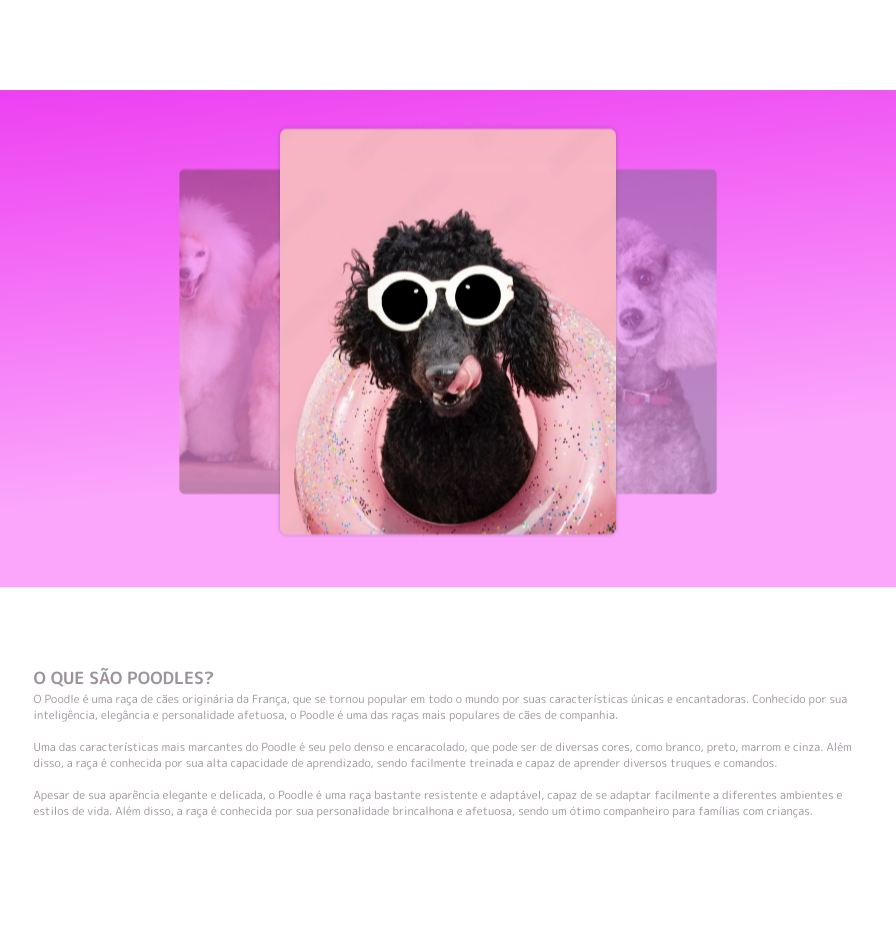
Repository: vinibalt/PoodleLand
Page: poddlelandia.html
The author's editor kept a copy of each file at every save. The page is drawn from the files as they stood at one save, then again after the next save.
The browser window is 1280 px wide. The pictures show the part of the page from y = 784 to 2704 px (the page is 2138 px tall before and 2704 px after), at 70% of full size.

Above is the page before, as saved 2023-05-12 21:54:24.

### poddlelandia.html
<!DOCTYPE html>
<html lang="en">

<head>
    <meta charset="UTF-8">
    <meta http-equiv="X-UA-Compatible" content="IE=edge">
    <meta name="viewport" content="width=device-width, initial-scale=1.0">
    <link rel="stylesheet" href="./assets/css/styles.css">
    <title> PoodleLand </title>
</head>

<body>
    <header class="header">
        <div class="content">
            <img src="./assets/img/logo-poodleland.png" alt="" height="60px">
        </div>
    </header>

    <section class="section-one row">
        <div class="img-one">
            <img src="./assets/img/poddle-lindo.jpeg" alt="" height="480px">
        </div>

        <div class="text-one">
            <h1>O QUE SÃO POODLES?</h1>
            <p>
                O Poodle é uma raça de cães originária da França, que se tornou popular em todo o mundo por suas
                características únicas e encantadoras. Conhecido por sua inteligência, elegância e personalidade
                afetuosa, o Poodle é uma das raças mais populares de cães de companhia. <br><br>
                Uma das características mais marcantes do Poodle é seu pelo denso e encaracolado, que pode ser de
                diversas cores, como branco, preto, marrom e cinza. Além disso, a raça é conhecida por sua alta
                capacidade de aprendizado, sendo facilmente treinada e capaz de aprender diversos truques e comandos.
                <br><br>
                Apesar de sua aparência elegante e delicada, o Poodle é uma raça bastante resistente e adaptável, capaz
                de se adaptar facilmente a diferentes ambientes e estilos de vida. Além disso, a raça é conhecida por
                sua personalidade brincalhona e afetuosa, sendo um ótimo companheiro para famílias com crianças.
                <br><br>

            </p>
        </div>
    </section>

    <section class="section-carousel">

        <div class="container">
            <input type="radio" name="slider" id="item-1" checked>
            <input type="radio" name="slider" id="item-2">
            <input type="radio" name="slider" id="item-3">
          <div class="cards">
            <label class="card" for="item-1" id="song-1">
              <img class="img-carousel" src="./assets/img/poodle-praiano.jpeg" alt="song">
            </label>
            <label class="card" for="item-2" id="song-2">
              <img class="img-carousel" src="./assets/img/poodle-cinza-transformed.jpeg" alt="song">
            </label>
            <label class="card" for="item-3" id="song-3">
              <img class="img-carousel" src="./assets/img/poodle-varias-cores-transformed.jpeg" alt="song">
            </label>
          </div>
        </div>

    </section>

    <section class="section-two">
        <div class="text-two">
            <h1>O QUE SÃO POODLES?</h1>
            <p>
                O Poodle é uma raça de cães originária da França, que se tornou popular em todo o mundo por suas
                características únicas e encantadoras. Conhecido por sua inteligência, elegância e personalidade
                afetuosa, o Poodle é uma das raças mais populares de cães de companhia. <br><br>
                Uma das características mais marcantes do Poodle é seu pelo denso e encaracolado, que pode ser de
                diversas cores, como branco, preto, marrom e cinza. Além disso, a raça é conhecida por sua alta
                capacidade de aprendizado, sendo facilmente treinada e capaz de aprender diversos truques e comandos.
                <br><br>
                Apesar de sua aparência elegante e delicada, o Poodle é uma raça bastante resistente e adaptável, capaz
                de se adaptar facilmente a diferentes ambientes e estilos de vida. Além disso, a raça é conhecida por
                sua personalidade brincalhona e afetuosa, sendo um ótimo companheiro para famílias com crianças.
                <br><br>

            </p>
        </div>
    </section>

    <footer>

    </footer>
</body>

</html>

### assets/css/styles.css
@import url('https://fonts.googleapis.com/css2?family=Heebo:wght@300;400;500;600;700;800;900&display=swap');
@import url('https://fonts.googleapis.com/css2?family=M+PLUS+Rounded+1c:wght@100;300;400;500;700;800;900&display=swap');
/* font-family: 'Heebo', sans-serif; */

* {
    padding: 0;
    margin: 0;

    font-family: 'M PLUS Rounded 1c', sans-serif;
}

body {
    scroll-behavior: smooth;
}

.header {
    height: 80px;
    position: sticky;
    top: 0;
    background-color: #ed40f1;
    box-shadow: 0px 3px 5px 0px rgba(255,171,252,1);

    justify-content: center;
    align-items: center;
    text-align: center;

    z-index: 2;
}

.content img {
    padding-top: 1rem;
    border-radius: .5rem;

    border-radius: 8px;
}

.section-one, .section-two {
    height: auto;
    padding-top: 4rem;

    padding: 4rem 1rem 8rem 1rem;
    color: #9c939c;
}

.img-one, .text-one, .img-two, .text-two{
    padding: 3rem 2rem 2rem;
}

.text-one {

}

.text-one > h1 {
 font-size: 32px;
 font-weight: 700;

 padding-bottom: .5rem;
}

.text-one > p {
    font-size: 16px;
    font-weight: 400;
}

.section-carousel {
    height: 650px;
    /* background-color: #fba5fb; */
    background: rgb(237,64,241);
    background: linear-gradient(174deg, rgba(237,64,241,1) 0%, rgba(251,165,251,1) 71%);
}








.row {
    display: flex;
    flex-direction: row;
}

.column {
    display: flex;
    flex-direction: column;
}







@import url("https://fonts.googleapis.com/css?family=DM+Sans:400,500,700&display=swap");



.section-carousel {
  display: flex;
  align-items: center;
  justify-content: center;
  padding: 30px 10px;
  font-family: 'DM Sans', sans-serif;
  transition: background .4s ease-in;
  background-color: #c394f8;

  &.blue {
    background-color: #428aa6;
  }
}

input[type=radio] {
  display: none;
}

.card {
  position: absolute;
  width: 60%;
  height: 100%;
  left: 0;
  right: 0;
  margin: auto;
  transition: transform .4s ease;
  cursor: pointer;
}

.container {
  width: 100%;
  max-width: 800px;
  max-height: 600px;
  height: 100%;
  transform-style: preserve-3d;
  display: flex;
  justify-content: center;
  flex-direction: column;
  align-items: center;
}

.cards {
  position: relative;
  width: 100%;
  height: 100%;
  margin-bottom: 20px;

  z-index: 1;
}

.img-carousel {
  width: 100%;
  height: 100%;
  border-radius: 10px;
  object-fit: cover;
}

#item-1:checked ~ .cards #song-3, #item-2:checked ~ .cards #song-1, #item-3:checked ~ .cards #song-2 {
  transform: translatex(-40%) scale(.8);
  opacity: .4;
  z-index: 0;
}

#item-1:checked ~ .cards #song-2, #item-2:checked ~ .cards #song-3, #item-3:checked ~ .cards #song-1 {
  transform: translatex(40%) scale(.8);
  opacity: .4;
  z-index: 0;
}

#item-1:checked ~ .cards #song-1, #item-2:checked ~ .cards #song-2, #item-3:checked ~ .cards #song-3 {
  transform: translatex(0) scale(1);
  opacity: 1;
  z-index: 1;

  img {
    box-shadow: 0px 0px 5px 0px rgba(81, 81, 81, 0.47);
  }
}

.player {
  background-color: #fff;
  border-radius: 8px;
  min-width: 320px;
  padding: 16px 10px;
}

.upper-part {
  position: relative;
  display: flex;
  align-items: center;
  margin-bottom: 12px;
  height: 36px;
  overflow: hidden;
}

.play-icon{ margin-right: 10px; }

.song-info {
  width: calc(100% - 32px);
  display: block;
}

.song-info .title {
  color: #403d40;
  font-size: 14px;
  line-height: 24px;
}

.sub-line {
  display: flex;
  justify-content: space-between;
  width: 100%;
}

.subtitle, .time {
  font-size: 12px;
  line-height: 16px;
  color: #c6c5c6;
}

.time {
  font-size: 12px;
  line-height: 16px;
  color: #a5a5a5;
  font-weight: 500;
  margin-left: auto;
}

.progress-bar {
  height: 3px;
  width: 100%;
  background-color: #e9efff;
  border-radius: 2px;
  overflow: hidden;
}

.progress {
  display: block;
  position: relative;
  width: 60%;
  height: 100%;
  background-color: #2992dc;
  border-radius: 6px;
}

.info-area {
  width: 100%;
  position: absolute;
  top: 0;
  left: 30px;
  transition: transform .4s ease-in;
}

#item-2:checked ~ .player #test {
  transform: translateY(0);
}

#item-2:checked ~ .player #test  {
  transform: translateY(-40px);
}

#item-3:checked ~ .player #test  {
  transform: translateY(-80px);
}

After the next save:
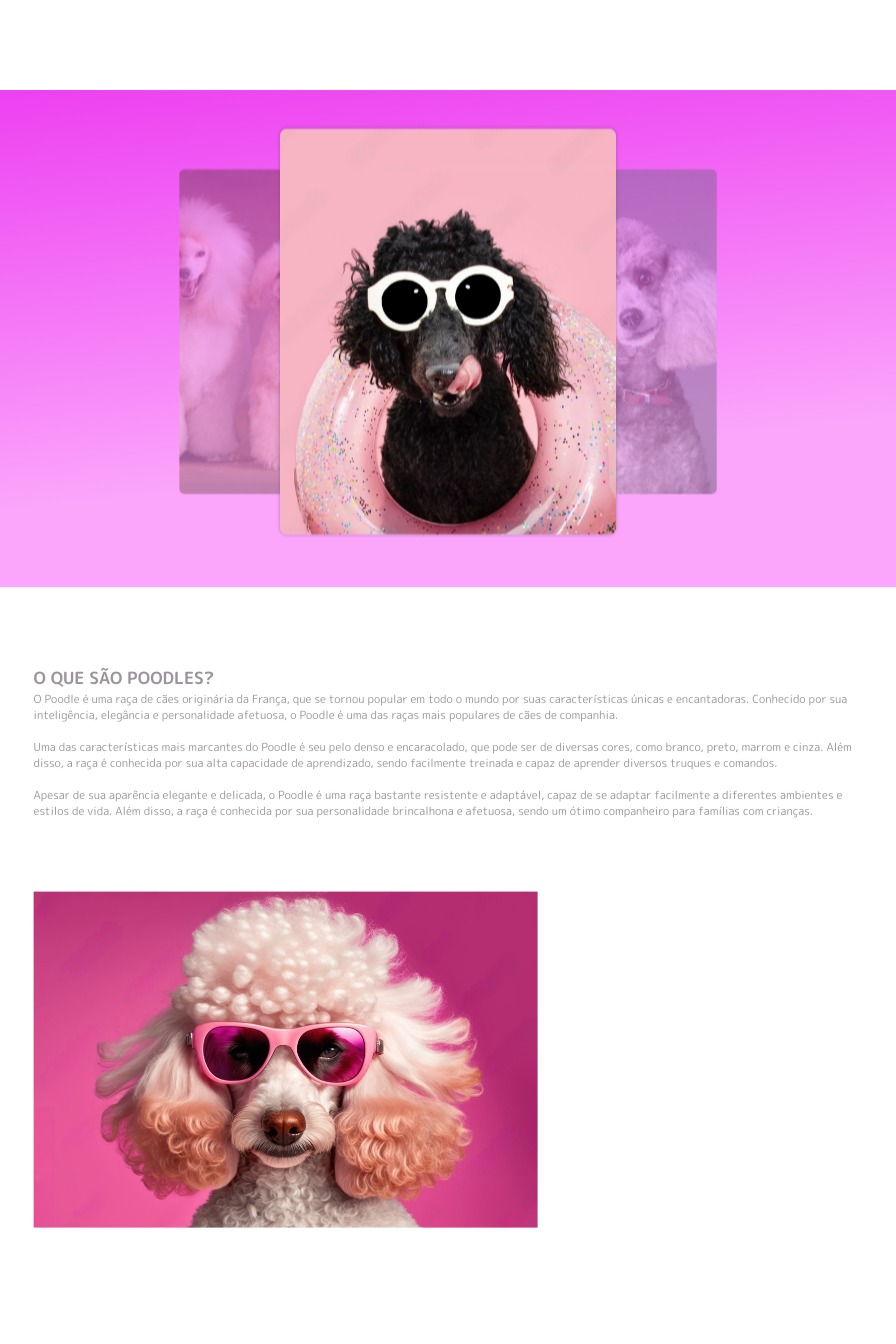
Saved 6 s later.
--- a/poddlelandia.html
+++ b/poddlelandia.html
@@ -79,6 +79,10 @@
 
             </p>
         </div>
+
+        <div class="img-one">
+            <img src="./assets/img/poddle-lindo.jpeg" alt="" height="480px">
+        </div>
     </section>
 
     <footer>
